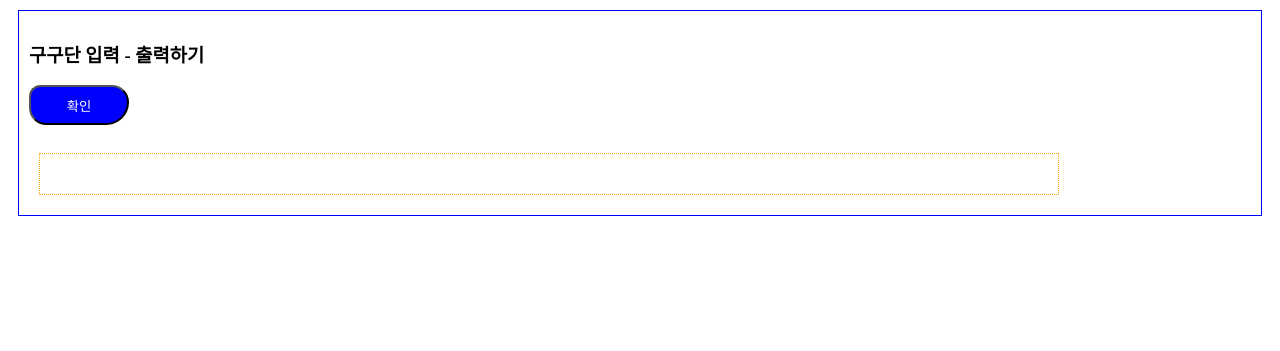
Repository: seonyeob94/BasicWeb
Page: webpro/src/main/webapp/0318/리터럴객체_myCar.html
An editor plug-in stored every save of this project. The page is shown before and after the next save, followed by the edit.
The browser window is 1280 px wide. The pictures show the whole page.
After loading, the first visible `input` was clicked once.

Above is the page before, as saved 2025-03-18 03:19:22.
Console error: SyntaxError: Unexpected identifier 'accel'

### webpro/src/main/webapp/0318/리터럴객체_myCar.html
<!DOCTYPE html>
<html>
<head>
<meta charset="UTF-8">
<title>Insert title here</title>
<link rel="stylesheet" href="../css/public.css">
<script type="text/javascript">

const myCar = {

		model : "x5",
		make : "bmw",
		year : 2020,
		speed : 100,

		/* brak : function(){
			this.speed = 0;
		},
		accel : function(){
			this.speed =100;
		} */
		brake(){
			this.speed = 0;
		}

		accel(){
			this.speed =100;
		}
}
</script>
</head>
<body>


<div class="box">
  <h3>구구단 입력 - 출력하기</h3>

  <input type="button" value="확인" onclick="proc1()">
  <br><br>
  <div id="result1"></div>
</div>

</body>
</html>

### webpro/src/main/webapp/css/public.css
@charset "UTF-8";

form {
	background: #f1faa1;
	border: 10px solid yellow;
	padding: 20px;
}

.box{
	border : 1px solid blue;
	margin : 10px;
	padding : 10px;

}
.box input[type=button]{

	width : 100px;
	height : 40px;
	background : blue;
	color : white;
	border-radius: 40px 60px 80px;
}

.box div{
	border : 1px dotted orange;
	width : 80%;
	padding : 20px;
	margin : 10px;
}

After the next save:
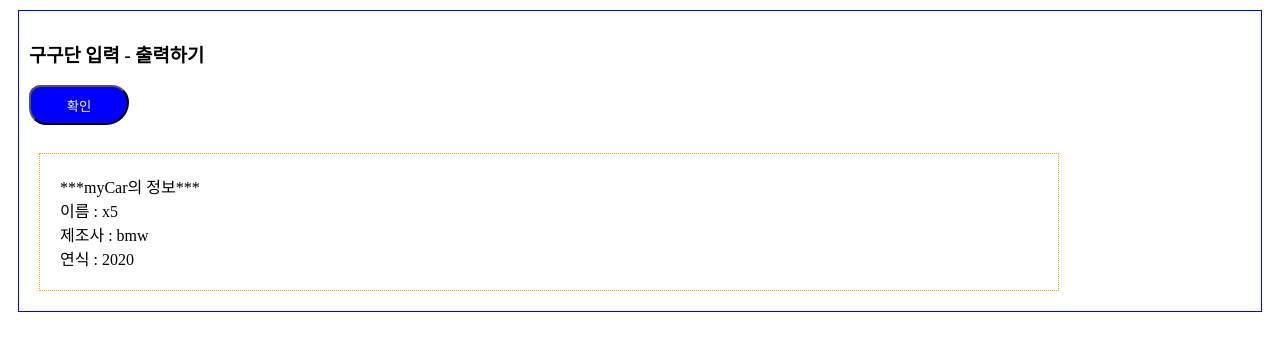
The error is gone.
Saved 3 min 49 s later.
--- a/webpro/src/main/webapp/0318/리터럴객체_myCar.html
+++ b/webpro/src/main/webapp/0318/리터럴객체_myCar.html
@@ -19,13 +19,23 @@ const myCar = {
 		accel : function(){
 			this.speed =100;
 		} */
-		brake(){
+		brake() {
 			this.speed = 0;
-		}
+		},
 
-		accel(){
+		accel() {
 			this.speed =100;
 		}
+}
+
+const proc1 = () => {
+	//정보출력
+	res= `***myCar의 정보***<br>`;
+	res+= `이름 : ${myCar.model}<br>`
+	res+= `제조사 : ${myCar.make}<br>`
+	res+= `연식 : ${myCar.year}<br>`
+
+ 	document.getElementById('result1').innerHTML = res;
 }
 </script>
 </head>
